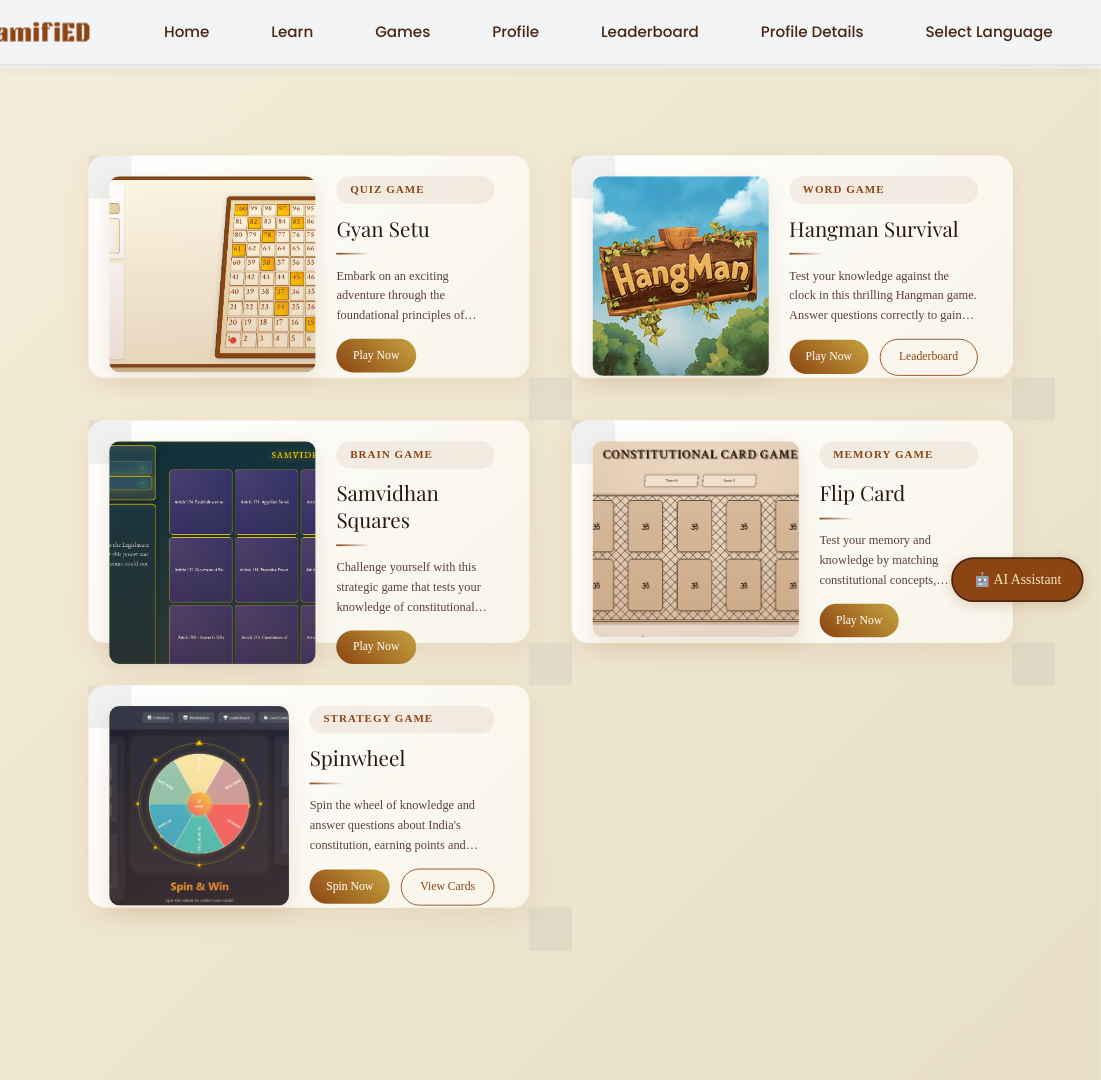
Repository: Team-4i/iks
Page: users/templates/users/game_library.html
These files come from the project's save history. The page is drawn as it stood at one moment and after the next save; the edit follows.
The browser window is 1280 px wide. The pictures show the whole page, at 86% of full size.
Pictures or frames that could not be fetched are drawn as grey boxes. An inner scrolling area shows only its first screen. Some web fonts or font styles are not loaded; a fallback is used. Some web libraries are served in a nearby version. The template is drawn by Django 5.2. The application's start-up code is not run. The template is opened directly, without the code that normally fills it, so the values that code supplies are empty.

Above is the page before, as saved 2025-04-18 23:12:31.

After the next save:
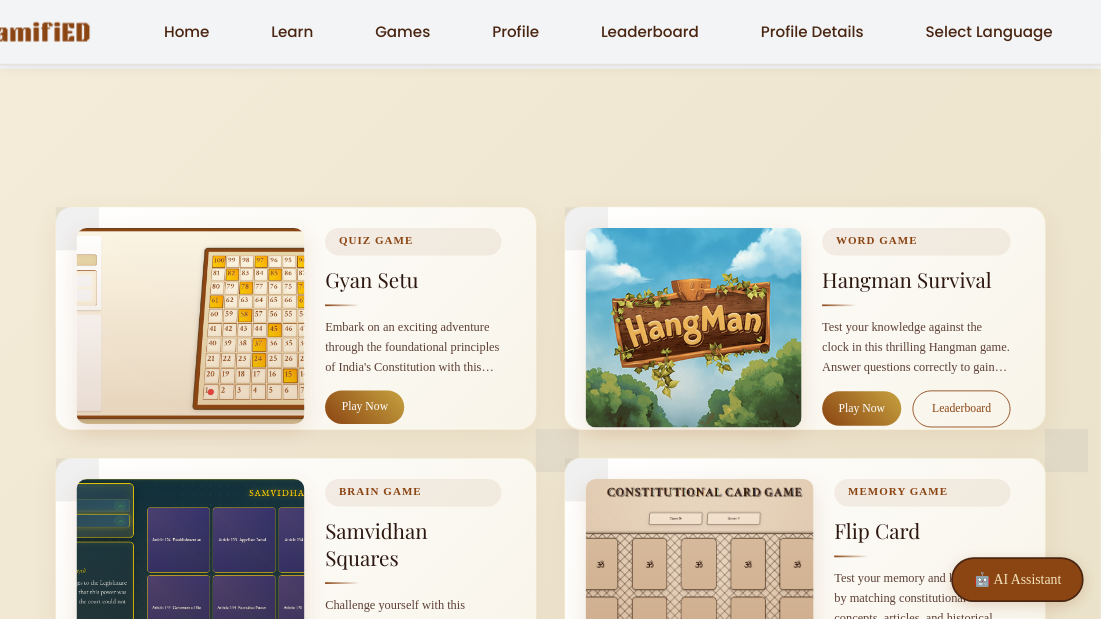
Saved 13 min 58 s later.
--- a/users/templates/users/game_library.html
+++ b/users/templates/users/game_library.html
@@ -3,6 +3,44 @@
 
 {% block content %}
 <link rel="stylesheet" href="{% static 'css/game1.css' %}">
+<style>
+    /* Override styles to ensure scrolling works */
+    html, body {
+        height: 100% !important;
+        overflow: auto !important;
+        overflow-x: hidden !important;
+    }
+
+    .game-library {
+        position: relative;
+        padding: 120px 5% 120px;
+        background: linear-gradient(135deg, #F4ECD8 0%, #E8DFC6 100%);
+        min-height: auto !important;
+        overflow: visible !important;
+    }
+
+    .game-grid {
+        display: grid;
+        grid-template-columns: repeat(auto-fit, minmax(500px, 1fr));
+        gap: 2rem;
+        width: 100%;
+        max-width: 1600px;
+        margin: 0 auto;
+        padding-bottom: 80px;
+    }
+
+    .scroll-decoration {
+        position: relative;
+        height: 40px;
+    }
+
+    @media (max-width: 768px) {
+        .game-grid {
+            grid-template-columns: 1fr;
+        }
+    }
+</style>
+
 <div class="game-library">
     <div class="scroll-decoration top"></div>
 
@@ -113,4 +151,24 @@
 
     <div class="scroll-decoration bottom"></div>
 </div>
+
+<script>
+    // Ensure scrolling works by disabling any scroll restrictions
+    document.addEventListener('DOMContentLoaded', function() {
+        // Force document to be scrollable
+        document.documentElement.style.height = 'auto';
+        document.documentElement.style.overflow = 'auto';
+        document.body.style.height = 'auto';
+        document.body.style.overflow = 'auto';
+
+        // Force a reflow to ensure the browser recalculates layout
+        document.body.offsetHeight;
+
+        // Scroll to top to ensure proper rendering
+        window.scrollTo(0, 0);
+
+        // Disable any scroll-snap behavior
+        document.documentElement.style.scrollSnapType = 'none';
+    });
+</script>
 {% endblock %}
